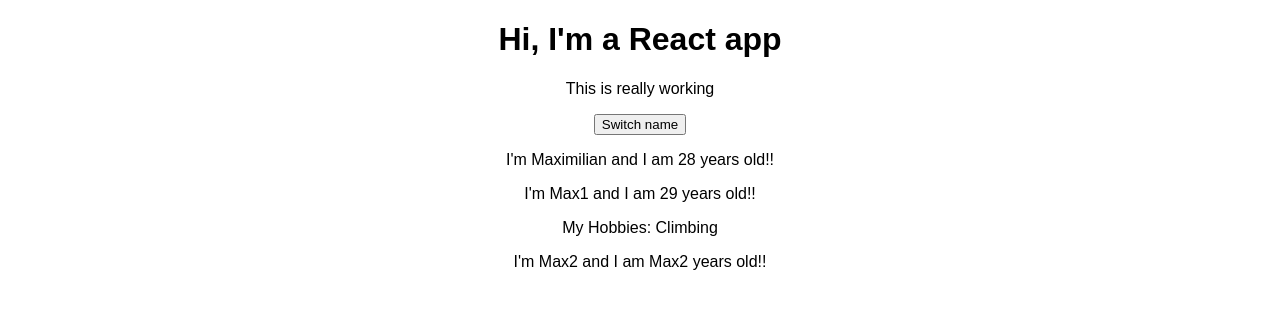
Repository: cristinadoroftei/FirstReactProject
Page: /
An editor plug-in stored every save of this project. The page is shown before and after the next save, followed by the edit.
The browser window is 1280 px wide. The pictures show the whole page.
The project was rebuilt for these pictures with package versions that can differ from the ones it lists, and the page was loaded fresh each time.

Above is the page before, as saved 2020-07-08 10:22:41.

### src/App.js
//import React which is responsible for rendering things in the DOM and Component to extend the Component class
import React, { Component } from 'react';
import './App.css';
import Person from './Person/Person.js'


class App extends Component {
  state = {
    persons: [
      {name: 'Maximilian', age:28},
      {name: 'Max1', age:29},
      {name: 'Max2', age:29}
    ],
    otherState: 'some other value'
  }

  switchNameHandler = () => {
    // console.log('Was clicked!')
    // DON'T DO THIS: this.state.persons[0].name = "Cristina";
    //This method ensures that react knows about the update of the state and re renders the dom
    this.setState({persons: [
      {name: 'Jens', age:28},
      {name: 'Max1', age:29},
      {name: 'Max2', age:70}
    ]
   })
  }
  render() {
    return (
      <div className="App">
        <h1>Hi, I'm a React app</h1>
        <p>This is really working</p>
        <button onClick={this.switchNameHandler}>Switch name</button>
        <Person name= {this.state.persons[0].name} age={this.state.persons[0].age}/>
        <Person name= {this.state.persons[1].name} age={this.state.persons[1].age}>My Hobbies: Climbing</Person>
        <Person name= {this.state.persons[2].name} age={this.state.persons[2].name}/>
      </div>
    );
    // return React.createElement('div', null, React.createElement('h1', {className: 'App'}, 'Hi, Im a react app!') )
  }
}

export default App;

### src/Person/Person.js
import React from 'react';


const person = (props) => {
    return (
        <div>
            <p>I'm {props.name}  and I am {props.age} years old!!</p>
            <p>{props.children}</p>
        </div>

    )
};


export default person;

Loaded but not shown: public/index.html (common file); src/index.js (common file); src/index.css (common file); src/registerServiceWorker.js (common file); src/App.css (common file)

After the next save:
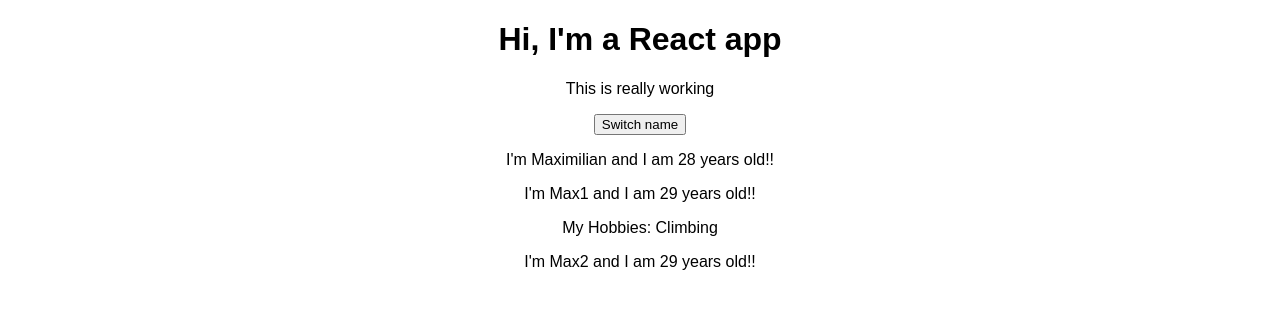
Saved 34 s later.
--- a/src/App.js
+++ b/src/App.js
@@ -33,7 +33,7 @@ class App extends Component {
         <button onClick={this.switchNameHandler}>Switch name</button>
         <Person name= {this.state.persons[0].name} age={this.state.persons[0].age}/>
         <Person name= {this.state.persons[1].name} age={this.state.persons[1].age}>My Hobbies: Climbing</Person>
-        <Person name= {this.state.persons[2].name} age={this.state.persons[2].name}/>
+        <Person name= {this.state.persons[2].name} age={this.state.persons[2].age}/>
       </div>
     );
     // return React.createElement('div', null, React.createElement('h1', {className: 'App'}, 'Hi, Im a react app!') )
